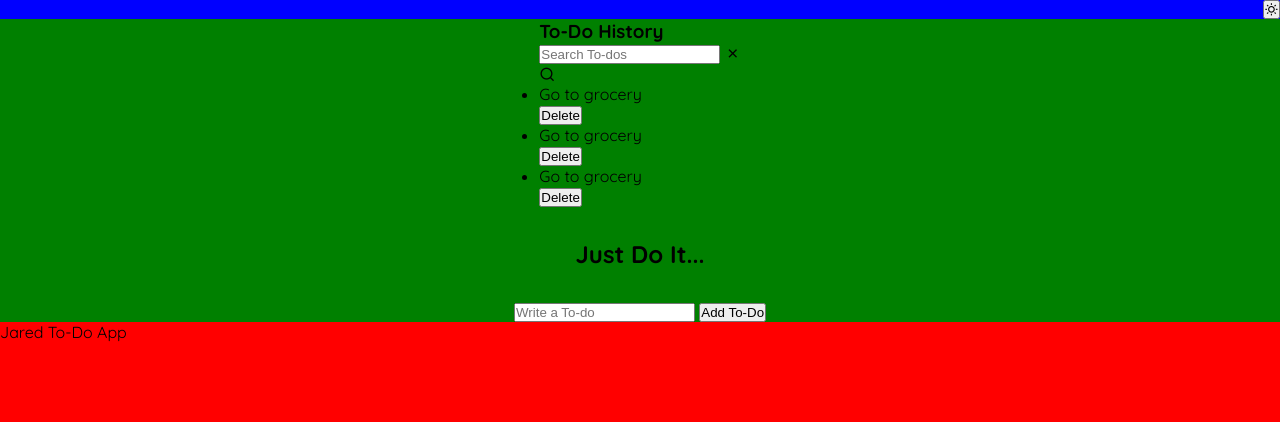
Repository: EguJaredoBoyd/Jared-ToDo-App
Page: main.html
These files come from the project's save history. The page is drawn as it stood at one moment and after the next save; the edit follows.
The browser window is 1280 px wide. The pictures show the whole page.
Some web libraries are served in a nearby version.

Above is the page before, as saved 2025-12-23 13:54:48.

After the next save:
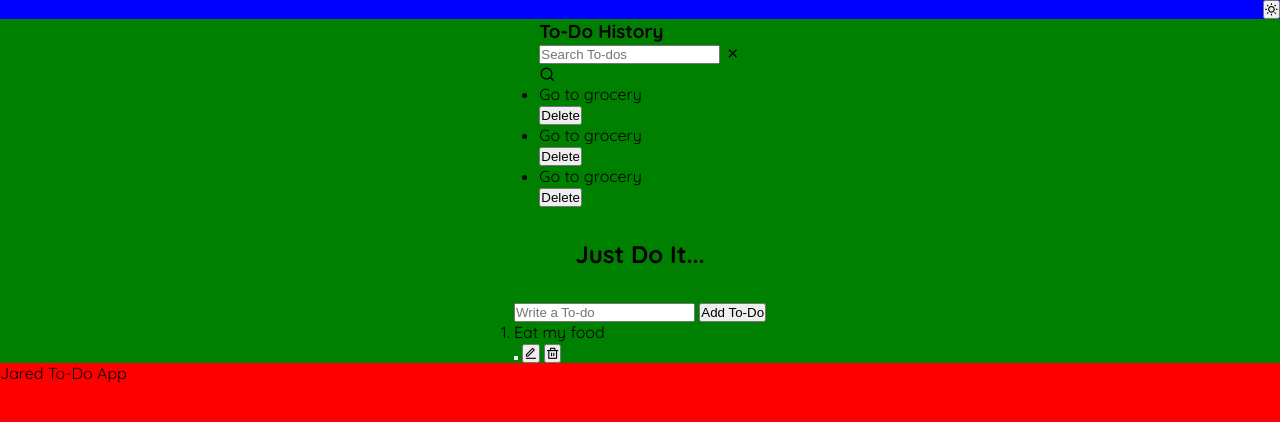
Saved 28 min 17 s later.
--- a/main.html
+++ b/main.html
@@ -65,7 +65,14 @@
             <input type="text" id="to-do" placeholder="Write a To-do" />
             <button id="add-task">Add To-Do</button>
 
-            <ol id="task-show"></ol>
+            <ol id="task-show">
+              <div>
+                <li>Eat my food</li>
+                <button></button>
+                <button><i class="ri-edit-line"></i></button>
+                <button><i class="ri-delete-bin-line"></i></button>
+              </div>
+            </ol>
           </div>
         </section>
       </main>
